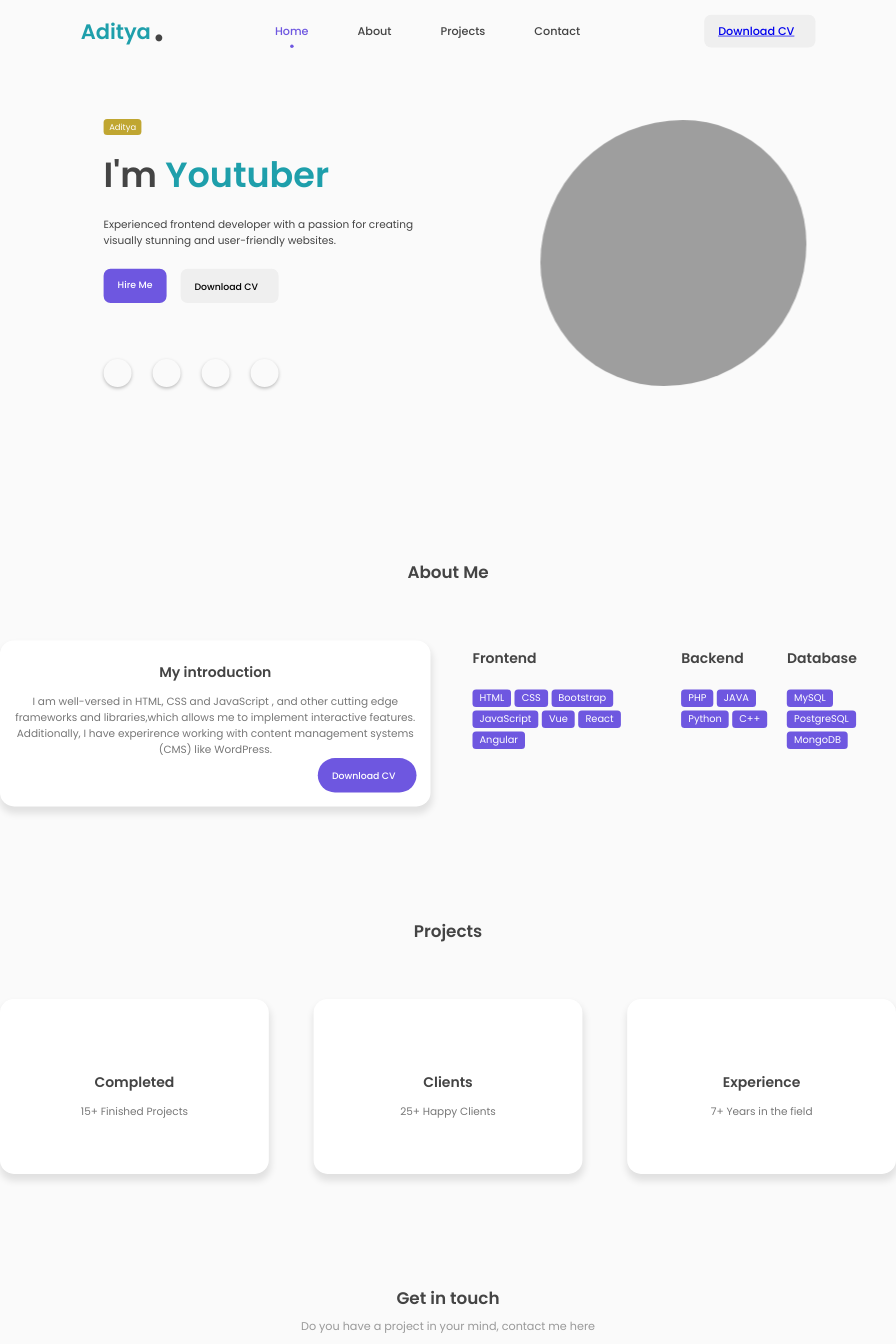
Repository: 4Kbrain/Portofolio
Page: index.html
An editor plug-in stored every save of this project. The page is shown before and after a run of saves, followed by the edit.
The browser window is 1280 px wide. The pictures show the part of the page from y = 0 to 1920 px (the page is 2767 px tall), at 70% of full size.
Pictures or frames that could not be fetched are drawn as grey boxes. Some icons come from a web library that is not loaded, so they are not drawn.

Above is the page before, as saved 2024-05-15 08:55:32.

### index.html
<!DOCTYPE html>
<html lang="en">
<head>
    <meta charset="UTF-8">
    <meta name="viewport" content="width=device-width, initial-scale=1.0">
    <link rel="stylesheet" href="https://unicons.iconscout.com/release/v4.0.8/css/line.css">
    <link rel="stylesheet" href="assets/css/style.css">
    <link rel="shortcut icon" href="assets/images/favicon.png" type="image/x-icon">

    <title>Portfolio | Aditya</title>
</head>
<body>
   <div class="container">
    <!-- header -->
      <nav id="header">
        <div class="nav-logo">
            <p class="nav-name">Aditya</p>
            <span>.</span>
        </div>
        <div class="nav-menu" id="myNavMenu">
            <ul class="nav_menu_list">
                <li class="nav_list">
                    <a href="#home" class="nav-link active-link">Home</a>
                    <div class="circle"></div>
                </li>
                <li class="nav_list">
                    <a href="#about" class="nav-link">About</a>
                    <div class="circle"></div>
                </li>
                <li class="nav_list">
                    <a href="#projects" class="nav-link">Projects</a>
                    <div class="circle"></div>
                </li>
                <li class="nav_list">
                    <a href="#contact" class="nav-link">Contact</a>
                    <div class="circle"></div>
                </li>
            </ul>
        </div>
        <div class="nav-button">
            <a id="downloadCVButton" href="assets/CV/Aditya%20CV.pdf" download="CV.pdf" class="btn">Download CV <i class="uil uil-file-alt"></i></a>
        </div>
        <div class="nav-menu-btn">
            <i class="uil uil-bars" onclick="myMenuFunction()"></i>
        </div>
      </nav>


    <!-- -------------- MAIN ---------------- -->
    <main class="wrapper">
       <!-- -------------- FEATURED BOX ---------------- -->
       <section class="featured-box" id="home">
          <div class="featured-text">
            <div class="featured-text-card">
                <span>Aditya</span>
            </div>
            <div class="featured-name">
                <p>I'm <span class="typedText"></span></p>
            </div>
            <div class="featured-text-info">
                <p>Experienced frontend developer with a passion for creating visually stunning
                   and user-friendly websites.
                </p>
            </div>
            <div class="featured-text-btn">
                <button class="btn blue-btn">Hire Me</button>
                <button class="btn">Download CV <i class="uil uil-file-alt"></i></button>
            </div>
            <div class="social_icons">
                <div class="icon"><i class="uil uil-instagram"></i></div>
                <div class="icon"><i class="uil uil-linkedin-alt"></i></div>
                <div class="icon"><i class="uil uil-dribbble"></i></div>
                <div class="icon"><i class="uil uil-github-alt"></i></div>
            </div>
          </div>
          <div class="featured-image">
            <div class="image">
                <img src="assets/images/avatar.png" alt="avatar">
            </div>
          </div>
          <!-- <div c
         -->
          </div>

       </section>
       <!-- -------------- ABOUT BOX ---------------- -->
       <section class="section" id="about">
          <div class="top-header">
            <h1>About Me</h1>
          </div>
          <div class="row">
            <div class="col">
                <div class="about-info">
                    <h3>My introduction</h3>
                    <p>I am well-versed in HTML, CSS and JavaScript , and other cutting edge
                       frameworks and libraries,which allows me to implement interactive features.
                       Additionally, I have experirence working with content management systems (CMS) like
                       WordPress.
                    </p>
                    <div class="about-btn">
                        <button class="btn">Download CV <i class="uil uil-import"></i></button>
                    </div>
                </div>
            </div>
            <div class="col">
                <div class="skills-box">
                    <div class="skills-header">
                        <h3>Frontend</h3>
                    </div>
                    <div class="skills-list">
                        <span>HTML</span>
                        <span>CSS</span>
                        <span>Bootstrap</span>
                        <span>JavaScript</span>
                        <span>Vue</span>
                        <span>React</span>
                        <span>Angular</span>
                    </div>
                </div>
                <div class="skills-box">
                    <div class="skills-header">
                        <h3>Backend</h3>
                    </div>
                    <div class="skills-list">
                        <span>PHP</span>
                        <span>JAVA</span>
                        <span>Python</span>
                        <span>C++</span>
                    </div>
                </div>
                <div class="skills-box">
                    <div class="skills-header">
                        <h3>Database</h3>
                    </div>
                    <div class="skills-list">
                        <span>MySQL</span>
                        <span>PostgreSQL</span>
                        <span>MongoDB</span>
                    </div>
                </div>
            </div>
          </div>
       </section>

       <!-- -------------- PROJECT BOX ---------------- -->

       <section class="section" id="projects">
          <div class="top-header">
              <h1>Projects</h1>
          </div>
          <div class="project-container">
            <div class="project-box">
                <i class="uil uil-briefcase-alt"></i>
                <h3>Completed</h3>
                <label>15+ Finished Projects</label>
            </div>
            <div class="project-box">
                <i class="uil uil-users-alt"></i>
                <h3>Clients</h3>
                <label>25+ Happy Clients</label>
            </div>
            <div class="project-box">
                <i class="uil uil-award"></i>
                <h3>Experience</h3>
                <label>7+ Years in the field</label>
            </div>
          </div>
       </section>

       <!-- -------------- CONTACT BOX ---------------- -->

       <section class="section" id="contact">
          <div class="top-header">
            <h1>Get in touch</h1>
            <span>Do you have a project in your mind, contact me here</span>
          </div>
          <div class="row">
             <div class="col">
                <div class="contact-info">
                    <h2>Find Me <i class="uil uil-corner-right-down"></i></h2>
                    <p><i class="uil uil-envelope"></i> Email: john@Aditya.com</p>
                    <p><i class="uil uil-phone"></i> Tel: +250 708 770 000</p>
                </div>
             </div>
             <div class="col">
                <div class="form-control">
                    <div class="form-inputs">
                        <input type="text" class="input-field" placeholder="Name">
                        <input type="text" class="input-field" placeholder="Email">
                    </div>
                    <div class="text-area">
                        <textarea placeholder="Message"></textarea>
                    </div>
                    <div class="form-button">
                        <button class="btn">Send <i class="uil uil-message"></i></button>
                    </div>
                </div>
             </div>
          </div>
       </section>

    </main>


    <!-- --------------- FOOTER --------------- -->
    <footer>
        <div class="top-footer">
            <p>Aditya .</p>
        </div>
        <div class="middle-footer">
            <ul class="footer-menu">
                <li class="footer_menu_list">
                    <a href="#home">Home</a>
                </li>
                <li class="footer_menu_list">
                    <a href="#about">About</a>
                </li>
                <li class="footer_menu_list">
                    <a href="#projects">Projects</a>
                </li>
                <li class="footer_menu_list">
                    <a href="#contact">Contact</a>
                </li>
            </ul>
        </div>
        <div class="footer-social-icons">
            <div class="icon"><i class="uil uil-instagram"></i></div>
            <div class="icon"><i class="uil uil-linkedin-alt"></i></div>
            <div class="icon"><i class="uil uil-dribbble"></i></div>
            <div class="icon"><i class="uil uil-github-alt"></i></div>
        </div>
        <div class="bottom-footer">
            <p>Copyright &copy; <a href="#home" style="text-decoration: none;">Aditya</a> - All rights reserved</p>
        </div>
    </footer>

    </div>



    <script src="https://unpkg.com/typed.js@2.0.16/dist/typed.umd.js"></script>
    <script src="https://unpkg.com/scrollreveal"></script>
    <script src="assets/js/script.js"></script>
</body>
</html>

### assets/js/script.js
/* ----- NAVIGATION BAR FUNCTION ----- */
function myMenuFunction() {
  var menuBtn = document.getElementById("myNavMenu");

  if (menuBtn.className === "nav-menu") {
      menuBtn.className += " responsive";
  } else {
      menuBtn.className = "nav-menu";
  }
}

/* ----- ADD SHADOW ON NAVIGATION BAR WHILE SCROLLING ----- */
window.onscroll = function () {
  headerShadow();
};

function headerShadow() {
  const navHeader = document.getElementById("header");

  if (
      document.body.scrollTop > 50 ||
      document.documentElement.scrollTop > 50
  ) {
      navHeader.style.boxShadow = "0 1px 6px rgba(0, 0, 0, 0.1)";
      navHeader.style.height = "70px";
      navHeader.style.lineHeight = "70px";
  } else {
      navHeader.style.boxShadow = "none";
      navHeader.style.height = "90px";
      navHeader.style.lineHeight = "90px";
  }
}

/* ----- TYPING EFFECT ----- */
var typingEffect = new Typed(".typedText", {
  strings: ["Designer", "Youtuber", "Developer"],
  loop: true,
  typeSpeed: 100,
  backSpeed: 80,
  backDelay: 2000,
});

const sr = ScrollReveal({
  origin: "top",
  distance: "80px",
  duration: 2000,
  reset: true,
});

sr.reveal(".featured-text-card", {});
sr.reveal(".featured-name", { delay: 100 });
sr.reveal(".featured-text-info", { delay: 200 });
sr.reveal(".featured-text-btn", { delay: 200 });
sr.reveal(".social_icons", { delay: 200 });
sr.reveal(".featured-image", { delay: 300 });

/* -- PROJECT BOX -- */
sr.reveal(".project-box", { interval: 200 });

/* -- HEADINGS -- */
sr.reveal(".top-header", {});

/* ----- ## -- SCROLL REVEAL LEFT_RIGHT ANIMATION -- ## ----- */

/* -- ABOUT INFO & CONTACT INFO -- */
const srLeft = ScrollReveal({
  origin: "left",
  distance: "80px",
  duration: 2000,
  reset: true,
});

srLeft.reveal(".about-info", { delay: 100 });
srLeft.reveal(".contact-info", { delay: 100 });

/* -- ABOUT SKILLS & FORM BOX -- */
const srRight = ScrollReveal({
  origin: "right",
  distance: "80px",
  duration: 2000,
  reset: true,
});

srRight.reveal(".skills-box", { delay: 100 });
srRight.reveal(".form-control", { delay: 100 });

/* ----- CHANGE ACTIVE LINK ----- */

const sections = document.querySelectorAll("section[id]");

function scrollActive() {
  const scrollY = window.scrollY;

  sections.forEach((current) => {
      const sectionHeight = current.offsetHeight,
          sectionTop = current.offsetTop - 50,
          sectionId = current.getAttribute("id");

      if (
          scrollY > sectionTop &&
          scrollY <= sectionTop + sectionHeight
      ) {
          document
              .querySelector(".nav-menu a[href*=" + sectionId + "]")
              .classList.add("active-link");
      } else {
          document
              .querySelector(".nav-menu a[href*=" + sectionId + "]")
              .classList.remove("active-link");
      }
  });
}

window.addEventListener("scroll", scrollActive);



document.addEventListener("DOMContentLoaded", function () {
  document.getElementById("downloadCVButton").addEventListener("click", function (event) {
      // Prevent default anchor click behavior
      event.preventDefault();

      // Retrieve the href attribute of the anchor
      var cvUrl = this.getAttribute("href");

      // Create a temporary link element
      var link = document.createElement("a");
      link.href = cvUrl;
      link.setAttribute("download", "Aditya CV.pdf"); // Set the download attribute and file name
      link.style.display = "none"; // Hide the link
      document.body.appendChild(link); // Append the link to the document body
      link.click(); // Trigger the click event on the link
      document.body.removeChild(link); // Remove the link from the document body after download
  });
});

Loaded but not shown: assets/css/style.css (638 lines, source omitted)

After the next 3 saves:
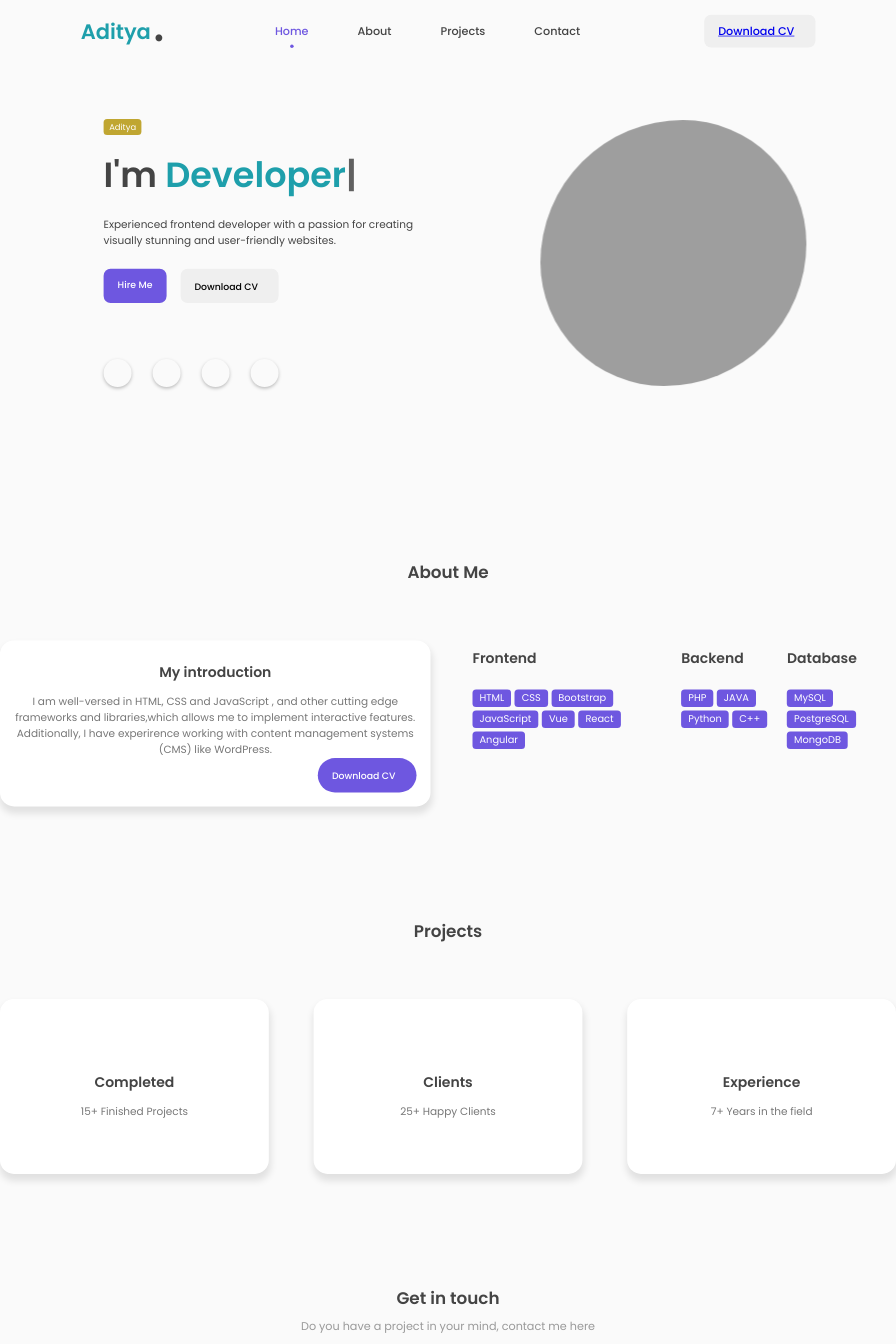
The 3 saves are shown as one change because they came seconds apart.
The last was saved 21 s later.
--- a/assets/js/script.js
+++ b/assets/js/script.js
@@ -31,9 +31,9 @@ function headerShadow() {
   }
 }
 
-/* ----- TYPING EFFECT ----- */
+
 var typingEffect = new Typed(".typedText", {
-  strings: ["Designer", "Youtuber", "Developer"],
+  strings: ["Designer", "Developer"],
   loop: true,
   typeSpeed: 100,
   backSpeed: 80,
